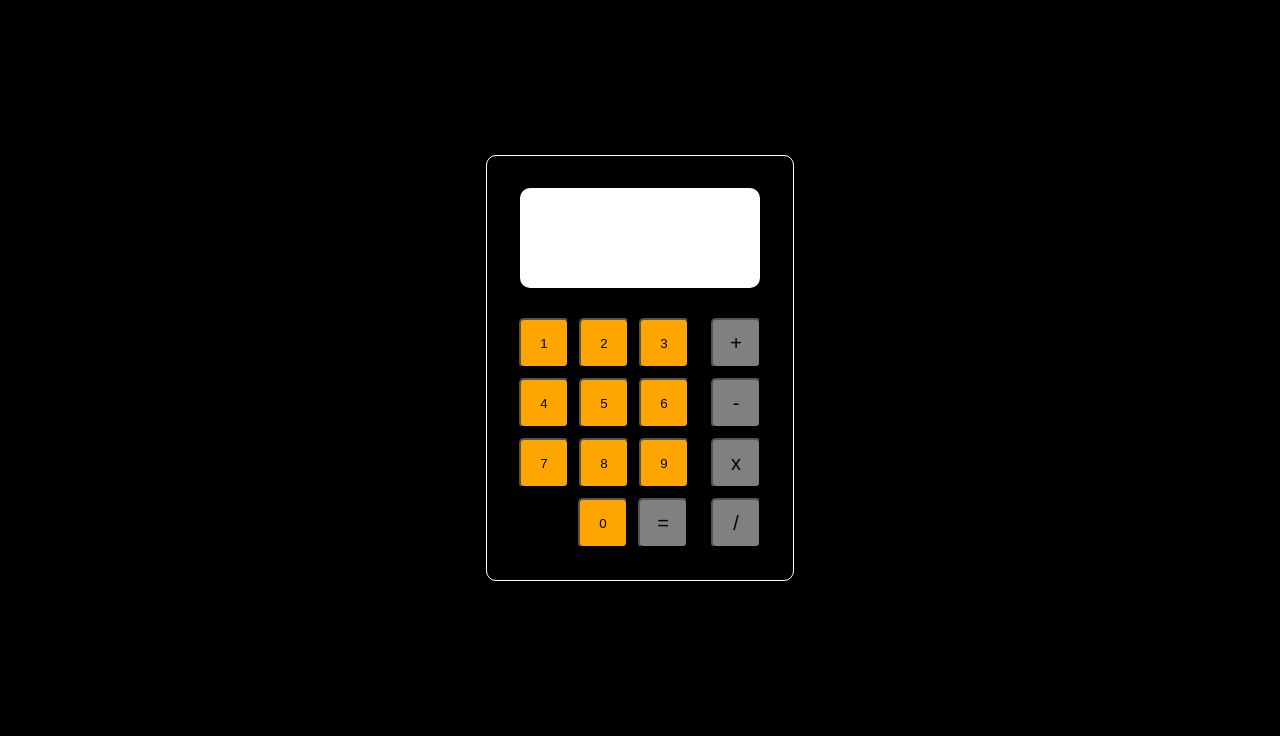
Repository: askan-ken/Simple-calculator
Page: index.html
The author's editor kept a copy of each file at every save. The page is drawn from the files as they stood at one save, then again after the next save.
The browser window is 1280 px wide. The pictures show the whole page.

Above is the page before, as saved 2023-02-17 05:24:09.

### index.html
<!DOCTYPE html>
<html lang="en">
<head>
  <meta charset="UTF-8">
  <meta http-equiv="X-UA-Compatible" content="IE=edge">
  <meta name="viewport" content="width=device-width, initial-scale=1.0">
  <title>Calculator</title>
  <link rel="stylesheet" href="./style.css">
  <script src="./script.js"></script>
</head>
<style>
  body{
    height: 100vh;
    background-color: black;
    color: white;
    display: flex;
    justify-content: center;
    align-items: center;
  }
</style>
<body>
  <div class="container">
    <div class="display">
      <div class="displays" id="display">

      </div>
    </div>
    <div class="buttons">
      <div class="number">
        <button class="numbers">1</button>
        <button class="numbers">2</button>
        <button class="numbers">3</button>
        <button class="numbers">4</button>
        <button class="numbers">5</button>
        <button class="numbers">6</button>
        <button class="numbers">7</button>
        <button class="numbers">8</button>
        <button class="numbers">9</button>
        <button class="numbers zero">0</button>
      </div>
      <div class="operator">
        <button class="operators">+</button>
        <button class="operators">-</button>
        <button class="operators">x</button>
        <button class="operators">/</button>
        <button class="operators samadengan" id="equals">=</button>
      </div>
    </div>
  </div>
</body>
</html>

### style.css
.container {
  display: flex;
  flex-direction: column;
  justify-content: center;
  align-items: center;
  gap: 30px;
  border: 1px solid white;
  border-radius: 10px;
  padding: 2rem;
  -webkit-border-radius: 10px;
  -moz-border-radius: 10px;
  -ms-border-radius: 10px;
  -o-border-radius: 10px;
}
.displays {
  width: 240px;
  height: 100px;
  background-color: white;
  border-radius: 10px;
  -webkit-border-radius: 10px;
  -moz-border-radius: 10px;
  -ms-border-radius: 10px;
  -o-border-radius: 10px;
  color: black;
}
.buttons {
  display: grid;
  grid-template-columns: 180px 50px;
  grid-template-rows: 230px;
  grid-column-gap: 12px;
  grid-row-gap: 0px;
}
.number {
  display: grid;
  grid-template-columns: repeat(3, 50px);
  grid-template-rows: repeat(4, 50px);
  grid-column-gap: 10px;
  grid-row-gap: 10px;
}
.numbers {
  background-color: orange;
  border-radius: 5px;
  -webkit-border-radius: 5px;
  -moz-border-radius: 5px;
  -ms-border-radius: 5px;
  -o-border-radius: 5px;
  cursor: pointer;
}
.zero {
  position: relative;
  left: 59px;
}

.operator {
  display: grid;
  grid-template-columns: 50px;
  grid-template-rows: repeat(5, 50px);
  grid-column-gap: 0px;
  grid-row-gap: 10px;
}
.operators{
    background-color: gray;
    color: black;
    font-size: 20px;
    border-radius: 5px;
    -webkit-border-radius: 5px;
    -moz-border-radius: 5px;
    -ms-border-radius: 5px;
    -o-border-radius: 5px;
    cursor: pointer;
}
.samadengan{
    position: relative;
    right: 73px;
    bottom: 60px;
}

### script.js
const numbers = document.querySelectorAll('#numbers');
const operators = document.querySelectorAll('#operatos');
const display = document.getElementById('.display');
const equals = document.getElementById('.equals');
let currentValue = 0;

numbers.forEach(number => {
  number.addEventListener('click', () => {
    currentValue = (currentValue * 10) + parseInt(number.innerText);
    display.innerText = currentValue;
  });
});

operators.forEach(operator => {
  operator.addEventListener('click', () => {
    const operatorValue = operator.innerText;
    switch (operatorValue) {
      case '+':
        currentValue += parseInt(display.innerText);
        break;
      case '-':
        currentValue -= parseInt(display.innerText);
        break;
      case '*':
        currentValue *= parseInt(display.innerText);
        break;
      case '/':
        currentValue /= parseInt(display.innerText);
        break;
    }
    display.innerText = 0;
  });
});

// equals.addEventListener('click', () => {
//   display.innerText = currentValue;
//   currentValue = 0;
// });

console.log(numbers);
console.log(operators);

After the next save:
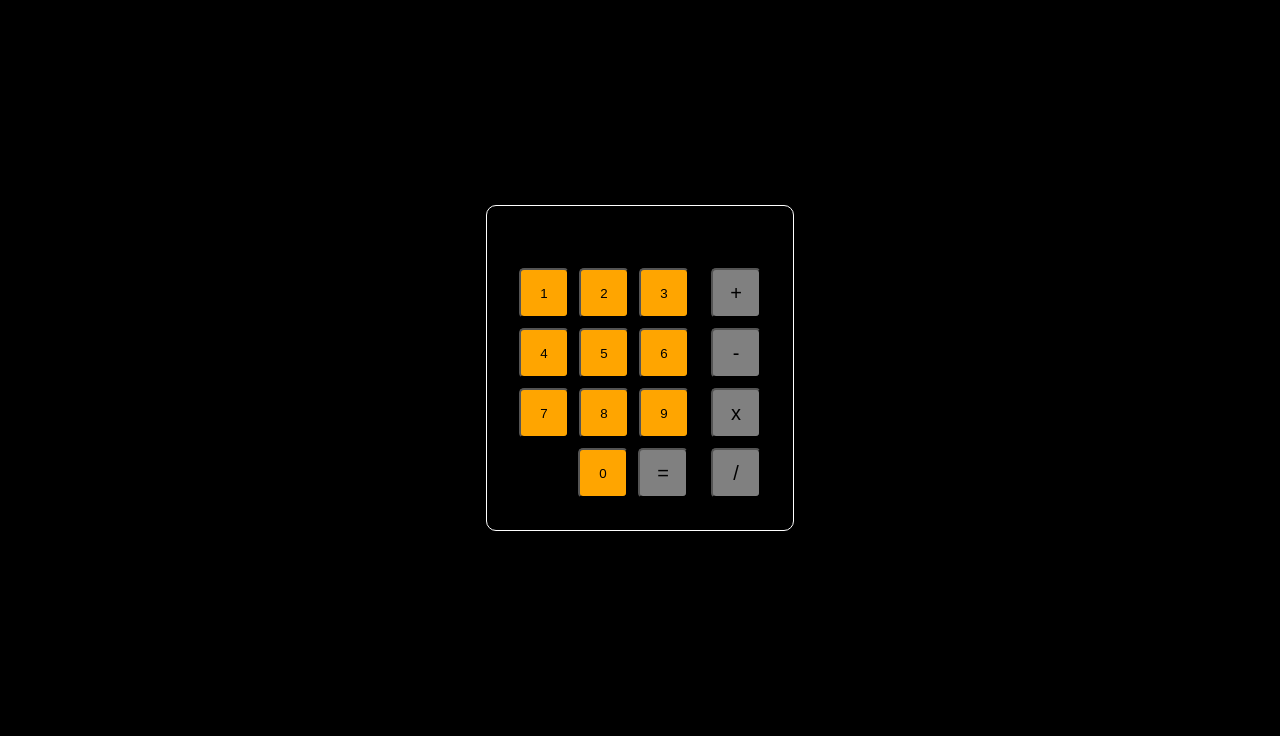
Saved 19 s later.
--- a/index.html
+++ b/index.html
@@ -21,9 +21,7 @@
 <body>
   <div class="container">
     <div class="display">
-      <div class="displays" id="display">
 
-      </div>
     </div>
     <div class="buttons">
       <div class="number">

After the save that followed:
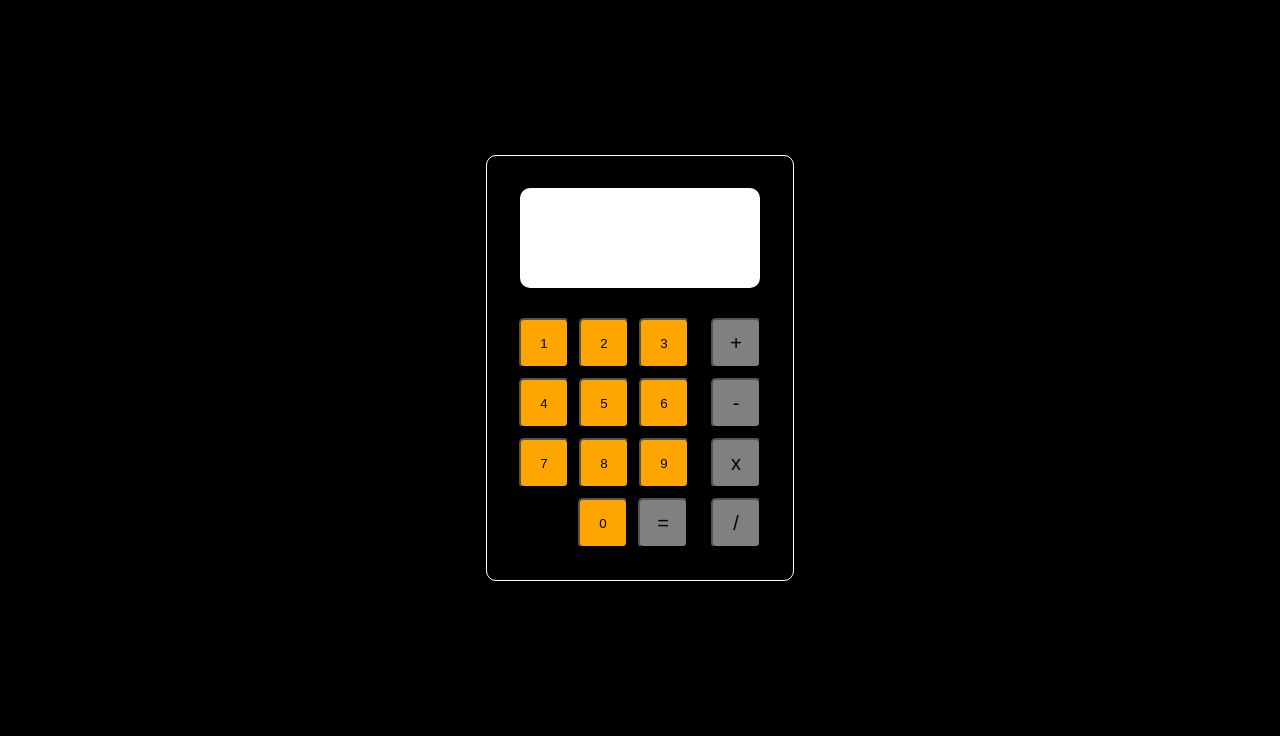
Saved 6 s later.
--- a/style.css
+++ b/style.css
@@ -12,7 +12,7 @@
   -ms-border-radius: 10px;
   -o-border-radius: 10px;
 }
-.displays {
+.display {
   width: 240px;
   height: 100px;
   background-color: white;
